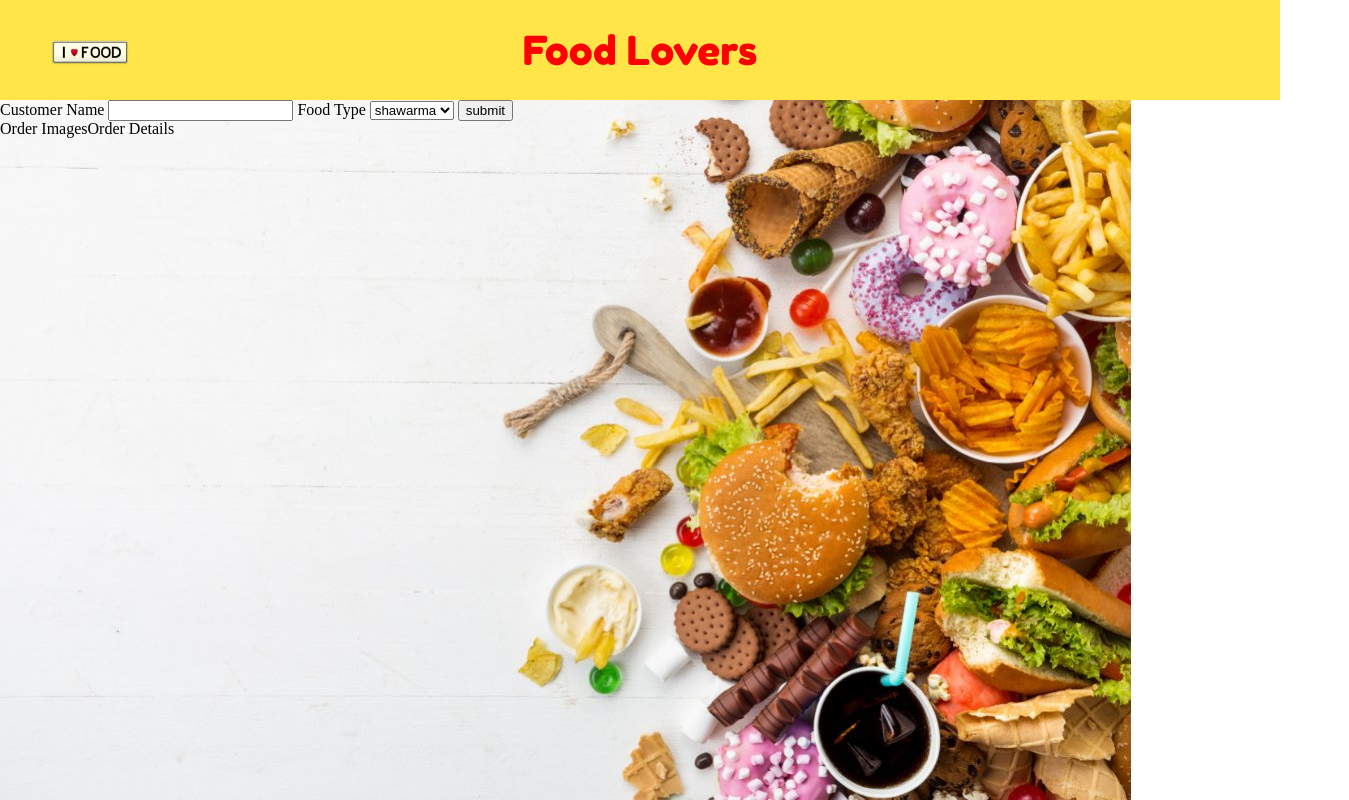
Repository: Razan-am/foodLovers
Page: index.html
These files come from the project's save history. The page is drawn as it stood at one moment and after a run of saves; the edit follows.
The browser window is 1280 px wide. The page is 1280 px wide, then 1349 px, so the pictures cover 1349 px, including what lies to the right of the window. The pictures show the whole page.

Above is the page before, as saved 2021-06-01 11:02:48.

After the next 8 saves:
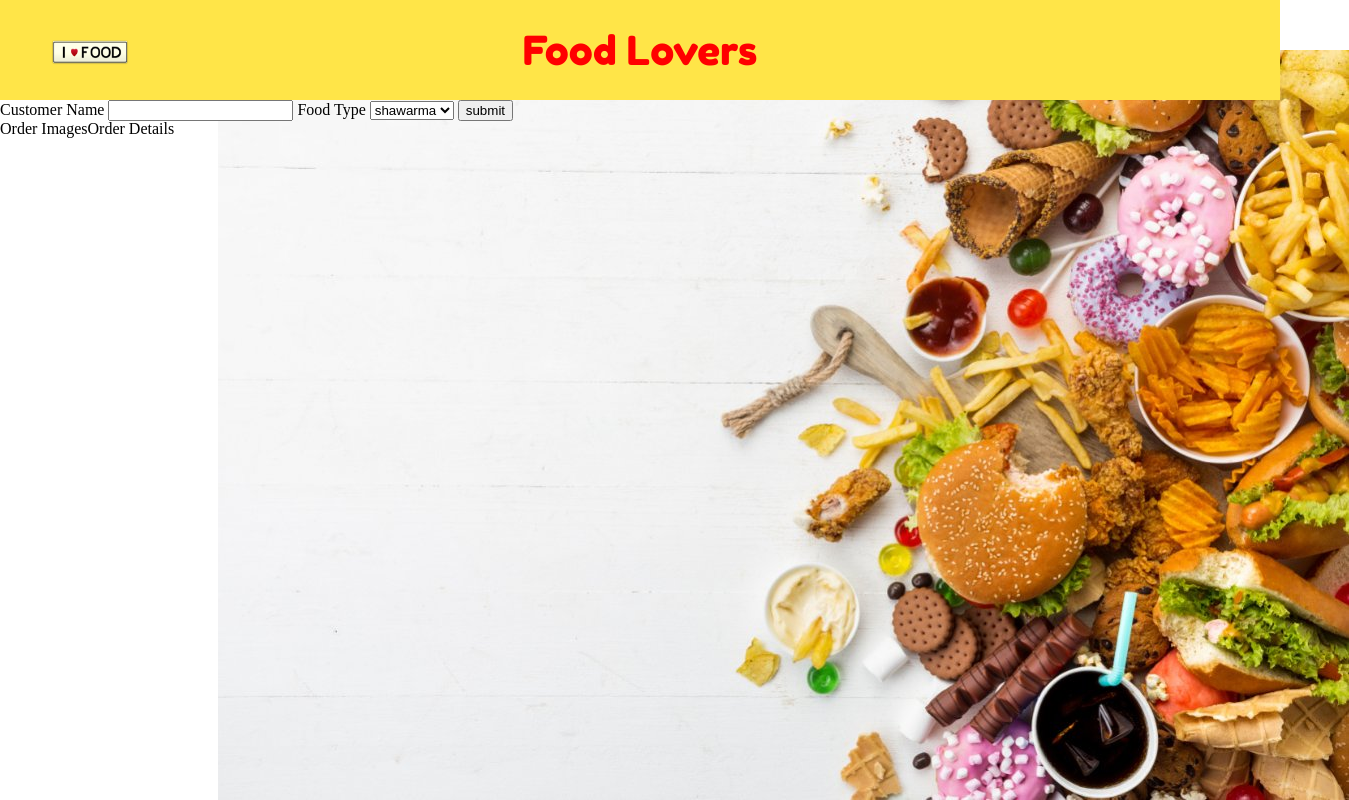
The 8 saves are shown as one change because they came seconds apart.
The last was saved 44 s later.
--- a/css/style.css
+++ b/css/style.css
@@ -23,6 +23,7 @@ header img{
 }
 main img{
     top: 50px;
+    left: 218px;
     position: absolute;
     z-index: -1;
 }
